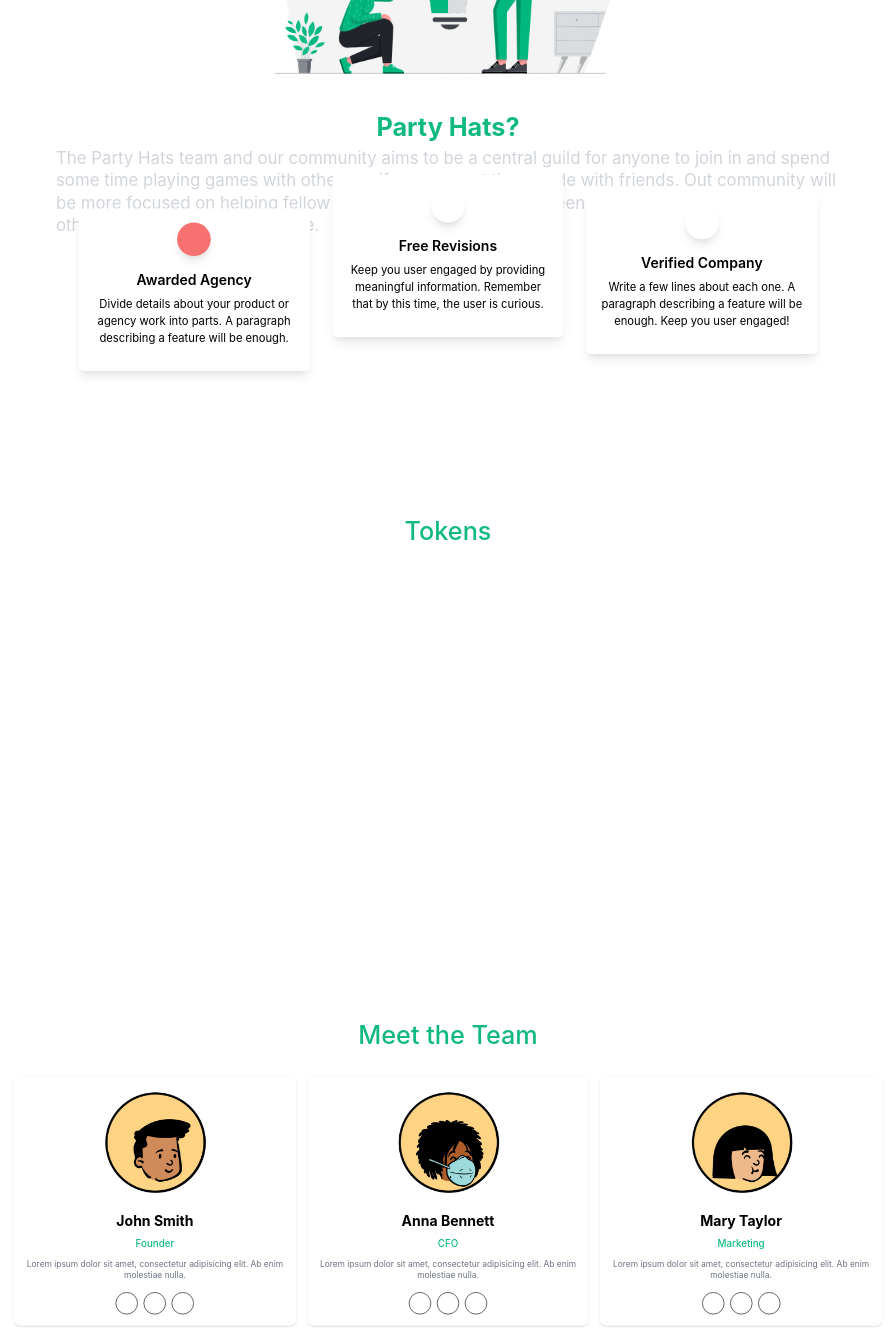
Repository: rhinorphan/phat-landing-page
Page: /
An editor plug-in stored every save of this project. The page is shown before and after the next save, followed by the edit.
The browser window is 1280 px wide. The pictures show the part of the page from y = 1207 to 3127 px (the page is 3848 px tall before and 4032 px after), at 70% of full size.
The project was rebuilt for these pictures with package versions that can differ from the ones it lists, and the page was loaded fresh each time. Also part of the build but not shown: craco.config.js.

Above is the page before, as saved 2021-11-17 17:28:24.

After the next save:
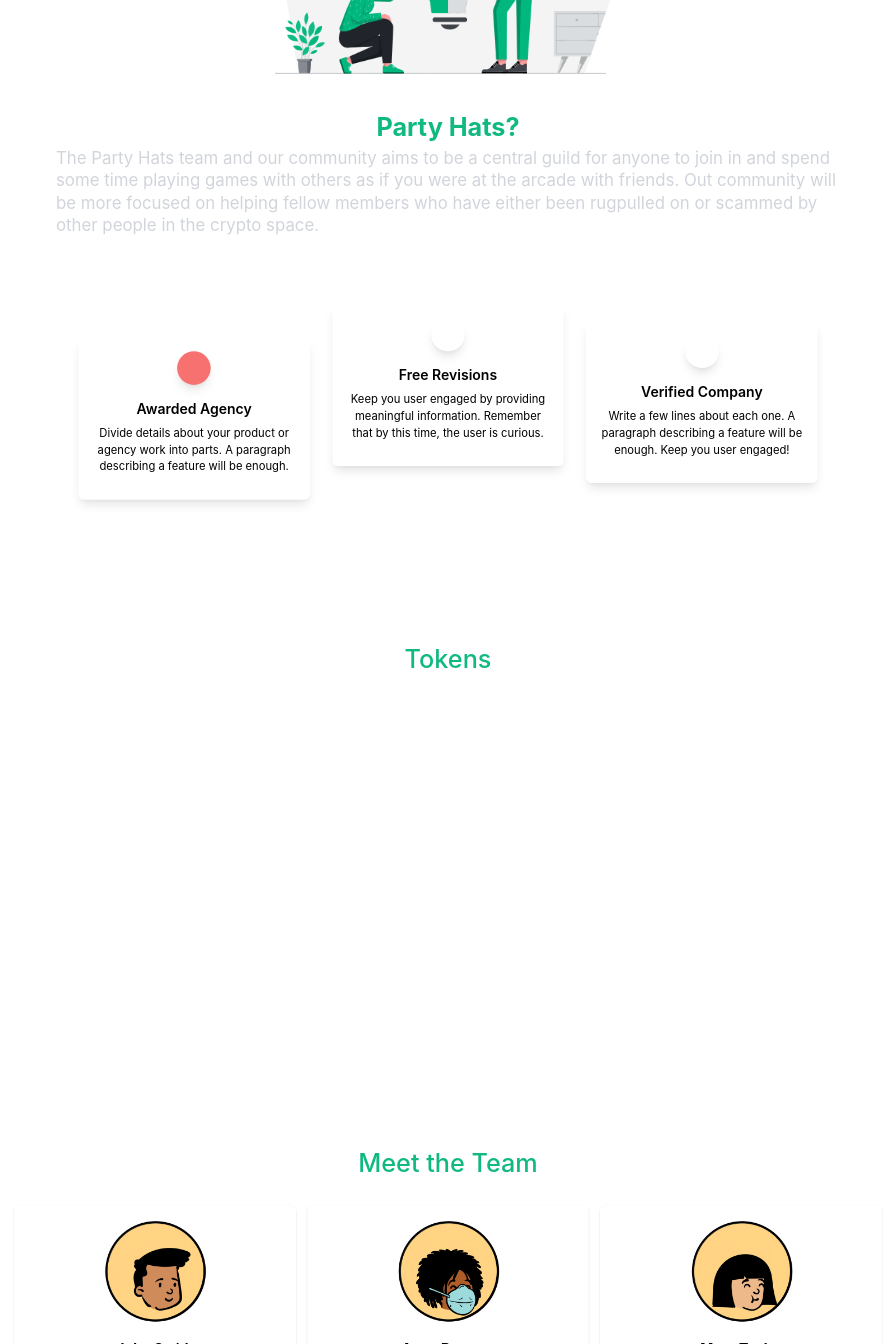
Saved 45 s later.
--- a/src/components/Community.js
+++ b/src/components/Community.js
@@ -13,7 +13,7 @@ function Community() {
         <h3 class="flex text-2xl mb-2 text-gray-300 justify-content">
         The Party Hats team and our community aims to be a central guild for anyone to join in and spend some time playing games with others as if you were at the arcade with friends. Out community will be more focused on helping fellow members who have either been rugpulled on or scammed by other people in the crypto space.
         </h3>
-        <section class="pb-10 bg-blueGray-200 -mt-24">
+        <section class="pb-10 bg-blueGray-200 mt-24">
         <div class="container mx-auto px-4">
           <div class="flex flex-wrap">
             <div class="lg:pt-12 pt-6 w-full md:w-4/12 px-4 text-center">
